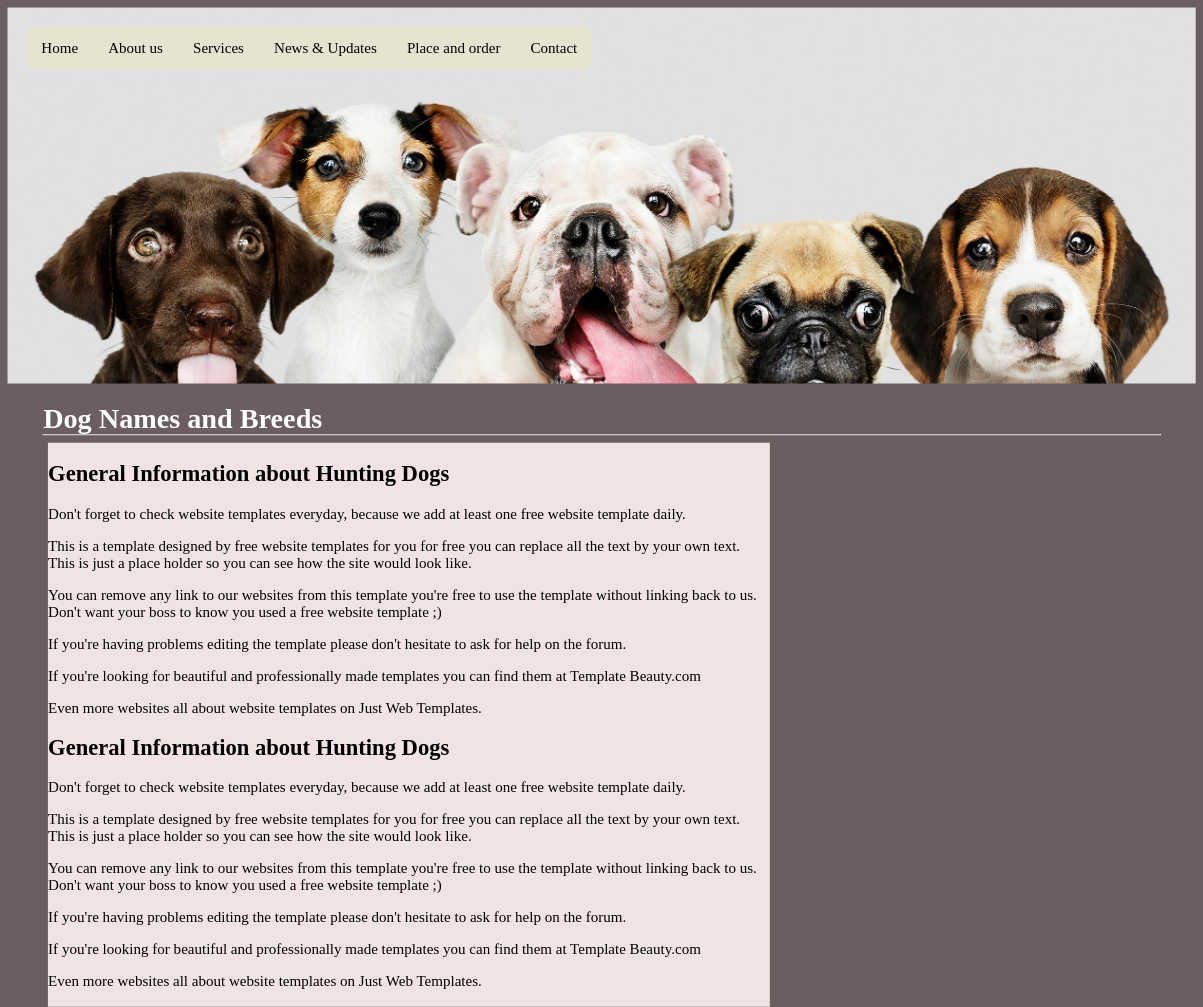
Repository: Tayma-Kazmouz/labwork
Page: index.html
These files come from the project's save history. The page is drawn as it stood at one moment and after the next save; the edit follows.
The browser window is 1280 px wide. The pictures show the whole page, at 94% of full size.

Above is the page before, as saved 2022-04-04 16:50:05.

After the next save:
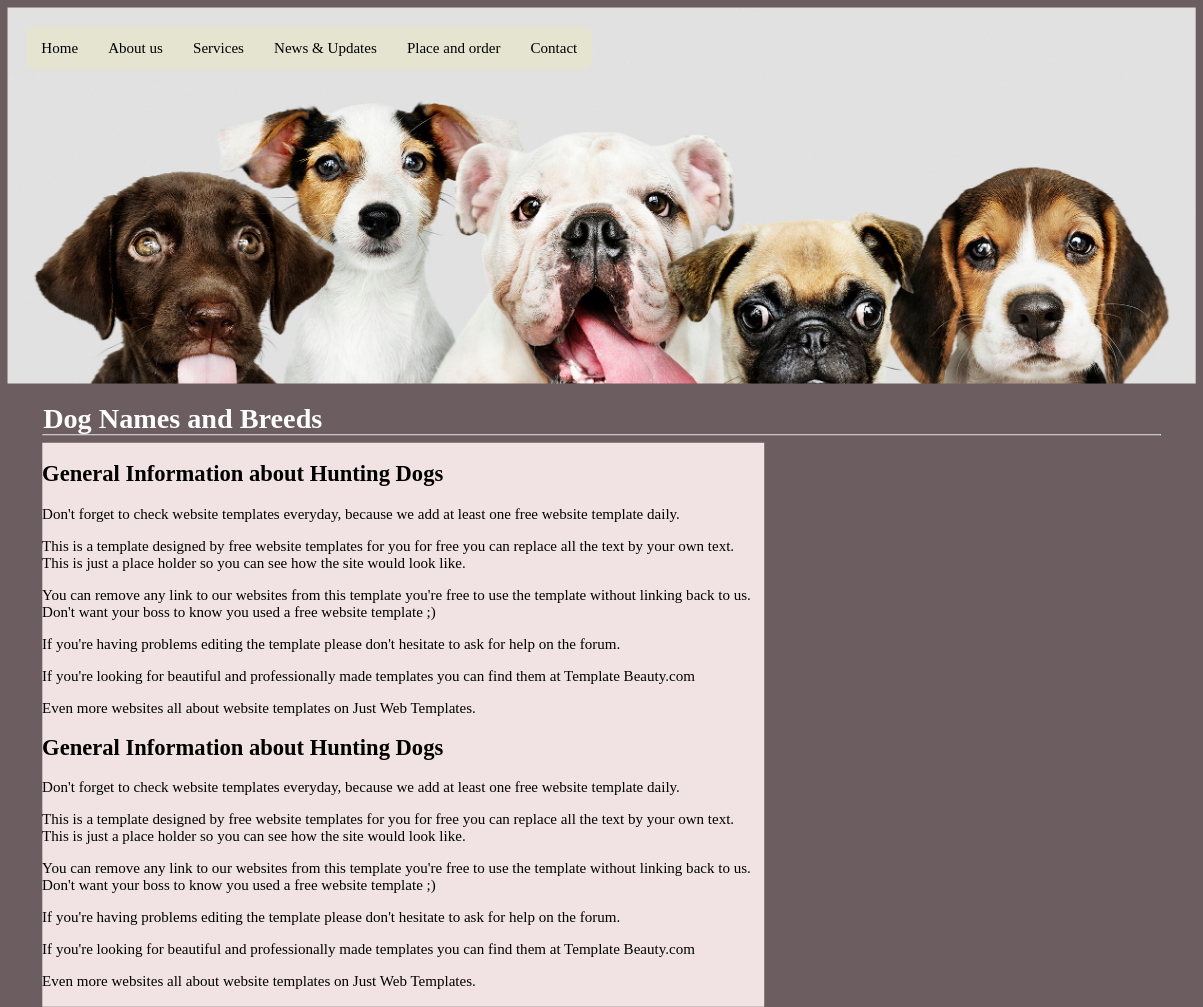
Saved 8 s later.
--- a/styles.css
+++ b/styles.css
@@ -48,7 +48,7 @@ h1{
 .container-one{
     background-color: rgb(241, 227, 227);
     position: absolute;
-    left: 4%;
+    left: 3.5%;
     width: 60%;
     height: 600px;
 }
